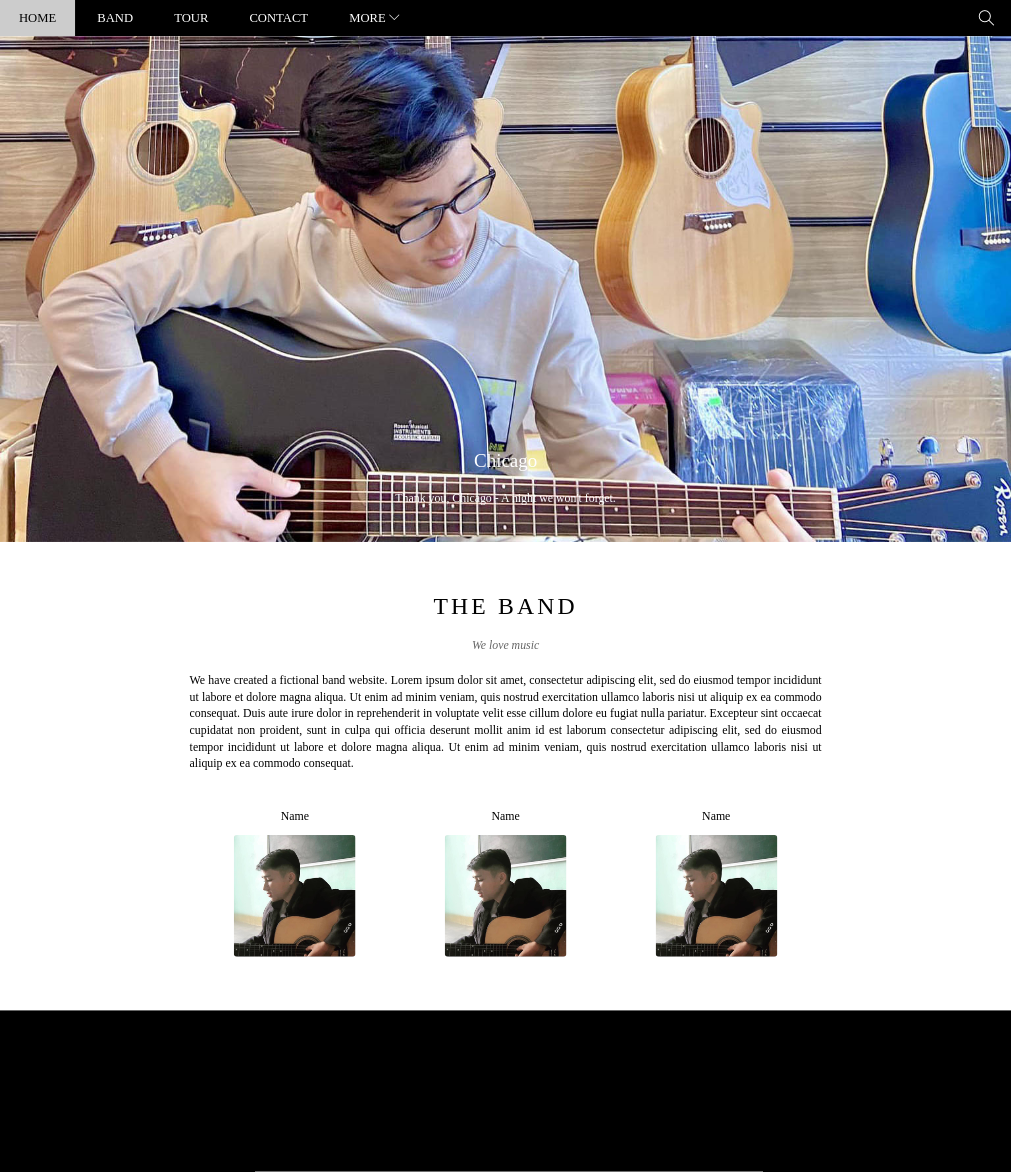
Repository: quochung2k3/Web-Team
Page: index.html
An editor plug-in stored every save of this project. The page is shown before and after the next save, followed by the edit.
The browser window is 1280 px wide. The pictures show the whole page, at 79% of full size.

Above is the page before, as saved 2023-08-05 10:08:01.

### index.html
<!DOCTYPE html>
<html lang="en">
<head>
    <meta charset="UTF-8">
    <meta name="viewport" content="width=device-width, initial-scale=1.0">
    <title>Web The Band</title>
    <link rel="stylesheet" href="./assets/css/style.css">
    <link rel="stylesheet" href="./assets/fonts/themify-icons/themify-icons.css">
</head>
<body>
    <div id="wrapper">
        <div id="header">
            <ul id="nav">
                <li><a href="">Home</a></li>
                <li><a href="">Band</a></li>
                <li><a href="">Tour</a></li>
                <li><a href="">Contact</a></li>
                <li>
                    <a href="">
                        More
                        <i class="nav-arrow-down ti-angle-down"></i>
                    </a>
                    <ul class="subnav">
                        <li><a href="">Merchandise</a></li>
                        <li><a href="">Extras</a></li>
                        <li><a href="">Media</a></li>
                    </ul>
                </li>
            </ul>
            <div class="search-button">
                <i class="search-icon ti-search"></i>
            </div>
        </div>

        <div id="slider">
            <div class="text-content">
                <h2 class="text-heading">Chicago</h2>
                <div class="text-description">Thank you, Chicago - A night we won't forget.</div>
            </div>
        </div>

        <div id="content">
            <div class="content-section">
                <h2 class="section-heading">THE BAND</h2>
                <p class="section-sub-heading">We love music</p>
                <p class="about-text">
                    We have created a fictional band website. Lorem ipsum dolor sit amet, consectetur adipiscing elit, sed do eiusmod tempor incididunt ut labore et dolore magna aliqua. Ut enim ad minim veniam, quis nostrud exercitation ullamco laboris nisi ut aliquip ex ea commodo consequat. Duis aute irure dolor in reprehenderit in voluptate velit esse cillum dolore eu fugiat nulla pariatur. Excepteur sint occaecat cupidatat non proident, sunt in culpa qui officia deserunt mollit anim id est laborum consectetur adipiscing elit, sed do eiusmod tempor incididunt ut labore et dolore magna aliqua. Ut enim ad minim veniam, quis nostrud exercitation ullamco laboris nisi ut aliquip ex ea commodo consequat.

                </p>
                <div class="member-list">
                    <div class="member-items">
                        <p class="member-name">Name</p>
                        <img src="./assets/img/slider2.jpg" alt="" class="member-img">
                    </div>

                    <div class="member-items">
                        <p class="member-name">Name</p>
                        <img src="./assets/img/slider2.jpg" alt="" class="member-img">
                    </div>

                    <div class="member-items">
                        <p class="member-name">Name</p>
                        <img src="./assets/img/slider2.jpg" alt="" class="member-img">
                    </div>
                    <div class="clear"></div>
                </div>
            </div>
            <div class="tour-section">
                <div class="content-section">
                    <h2 class="section-heading">TOUR DATES</h2>
                    <p class="section-sub-heading">Remember to book your tickets!</p>
                </div>
            </div>
        </div>

        <div id="footer">

        </div>
    </div>
</body>
</html>

### assets/css/style.css
* {
    margin: 0;
    padding: 0;
    box-sizing: border-box;
}

.html {
    font-family: Arial, Helvetica, sans-serif;
}

.clear {
    clear: both;
}

.text-white {
    color: #fff !important;
}

#wrapper {

}

#header {
    position: fixed;
    top: 0;
    left: 0;
    right: 0;
    background-color: #000;
    height: 46px;
    z-index: 1;
}

#nav {
    display: inline-block;
}

#nav .subnav {
    list-style-type: none;
}

#nav > li {
    display: inline-block;
}

#nav li {
    position: relative;
}

#nav > li > a {
    color: #fff;
    text-transform: uppercase;
}

#nav li a {
    text-decoration: none;
    line-height: 46px;
    padding: 0 24px;
    display: block;
}

#nav li:hover .subnav {
    display: block;
}

#nav > li:hover > a,
#nav .subnav li:hover a {
    background-color: #ccc;
    color: #000;
}

#nav .subnav {
    display: none;
    min-width: 160px;
    top: 100%;
    left: 0;
    position: absolute;
    background-color: #fff;
    box-shadow: 0 0 10px rgba(0, 0, 0, 0.3);
}

#nav .subnav a {
    color: #000;
    padding: 0 12px;
    line-height: 38px;
}

#nav .nav-arrow-down {
    font-size: 14px;
}

#header .search-button {
    float: right;
    padding: 0 21px;
}

#header .search-icon {
    color: #fff;
    font-size: 20px;
    line-height: 46px;
}

#header .search-button:hover {
    background-color: #f44336;
    cursor: pointer;
}

#slider {
    margin-top: 46px;
    padding-top: 50%;
    background-image: url(../img/slider3.jpg);
    background-repeat: no-repeat;
    background-size: cover;
    background-position: top center;
    position: relative;
}

#slider .text-content {
    position: absolute;
    bottom: 47px;
    color: #fff;
    width: 100%;
    text-align: center;
}

#slider .text-heading {
    font-weight: 500;
    font-size: 24px;
}

#slider .text-description {
    font-size: 15px;
    margin-top: 25px;
}

#content {

}

#content .content-section {
    width: 800px;
    margin: 0 auto;
    padding: 64px 0;
}

#content .section-heading {
    font-size: 30px;
    font-weight: 500;
    text-align: center;
    letter-spacing: 4px;
}

#content .section-sub-heading {
    font-size: 15px;
    font-style: italic;
    text-align: center;
    margin-top: 25px;
    opacity: 0.6;
}

#content .about-text {
    font-size: 15px;
    margin-top: 25px;
    text-align: justify;
    line-height: 1.4;
}

#content .member-list {
    margin-top: 48px;
}

#content .member-items {
    float: left;
    width: calc(100%/3);
    text-align: center;
}

#content .member-name {
    font-size: 15px;
}

#content .member-img {
    margin-top: 15px;
    width: 154px;
    border-radius: 4px;
}

.tour-section {
    background-color: #000;
}

#footer {

}

Loaded but not shown: assets/fonts/themify-icons/themify-icons.css (common file)

After the next save:
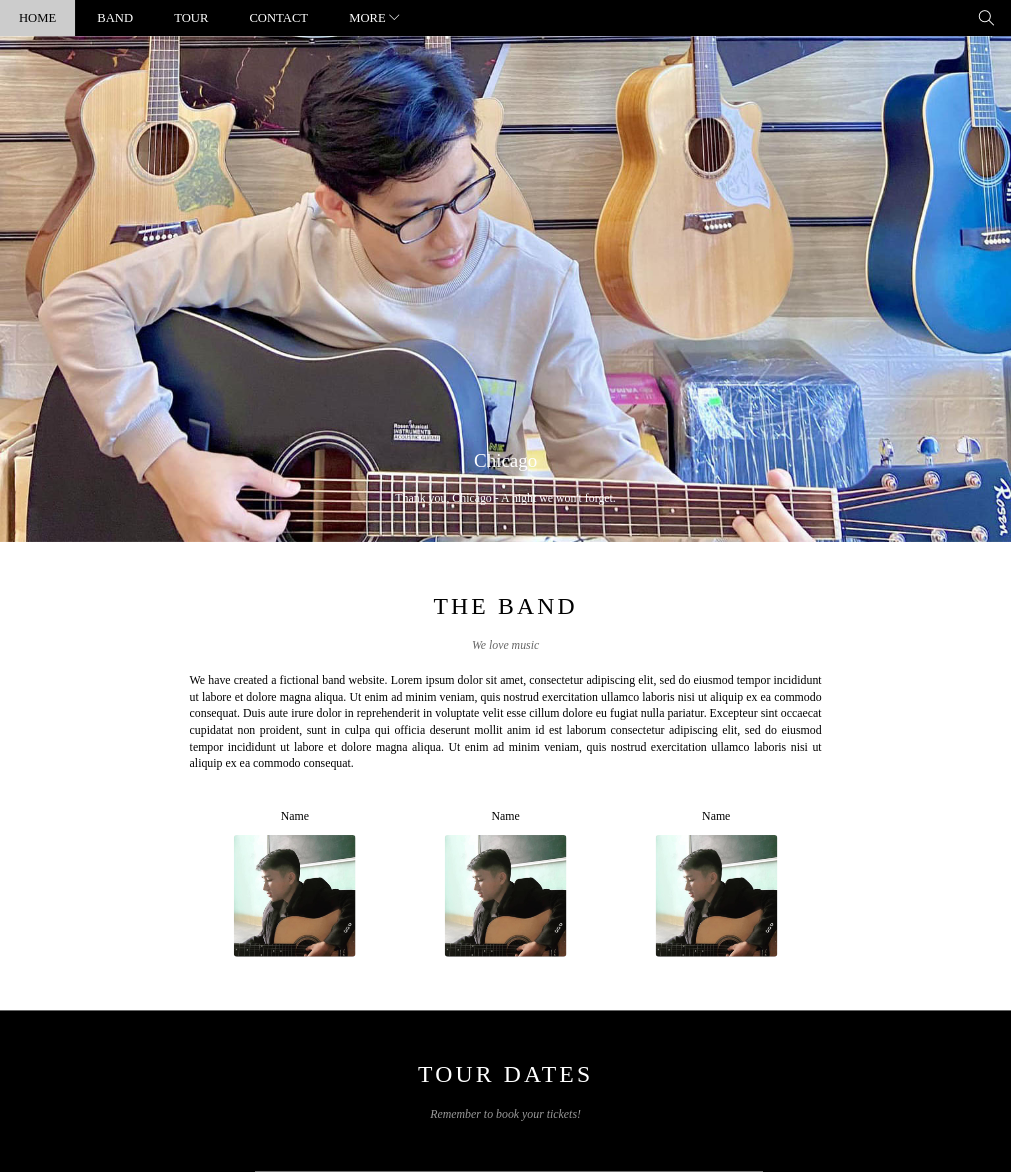
Saved 59 s later.
--- a/index.html
+++ b/index.html
@@ -67,8 +67,8 @@
             </div>
             <div class="tour-section">
                 <div class="content-section">
-                    <h2 class="section-heading">TOUR DATES</h2>
-                    <p class="section-sub-heading">Remember to book your tickets!</p>
+                    <h2 class="section-heading text-white">TOUR DATES</h2>
+                    <p class="section-sub-heading text-white">Remember to book your tickets!</p>
                 </div>
             </div>
         </div>
